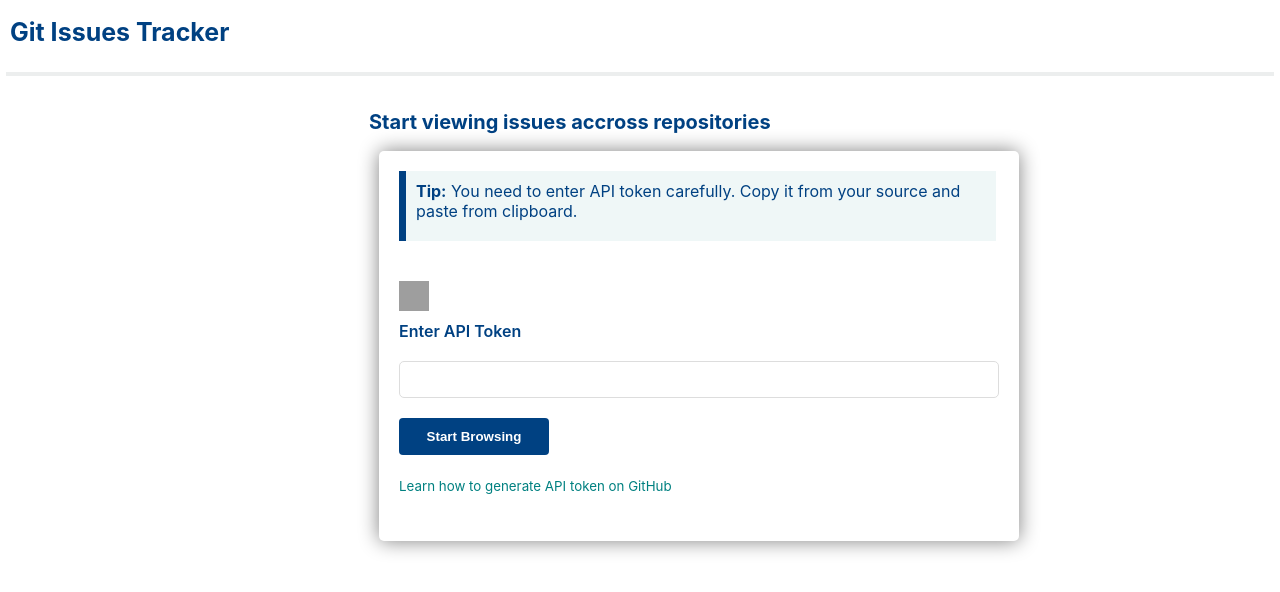
Repository: duzzisantos/github-repos-react-graphql
Page: /
The author's editor kept a copy of each file at every save. The page is drawn from the files as they stood at one save, then again after the next save.
The browser window is 1280 px wide. The pictures show the whole page.
Pictures or frames that could not be fetched are drawn as grey boxes. The project was rebuilt for these pictures with package versions that can differ from the ones it lists, and the page was loaded fresh each time. Also part of the build but not shown: src/components/table/tables.scss, src/components/table/Filters.tsx, src/components/table/Pagination.tsx, src/components/table/TableComponent.tsx, src/components/table/columnHelpers.ts, src/utilities/funtions.ts, src/pages/Repositories.tsx, src/pages/ViewRepository.tsx.

Above is the page before, as saved 2024-06-17 21:08:07.

After the next save:
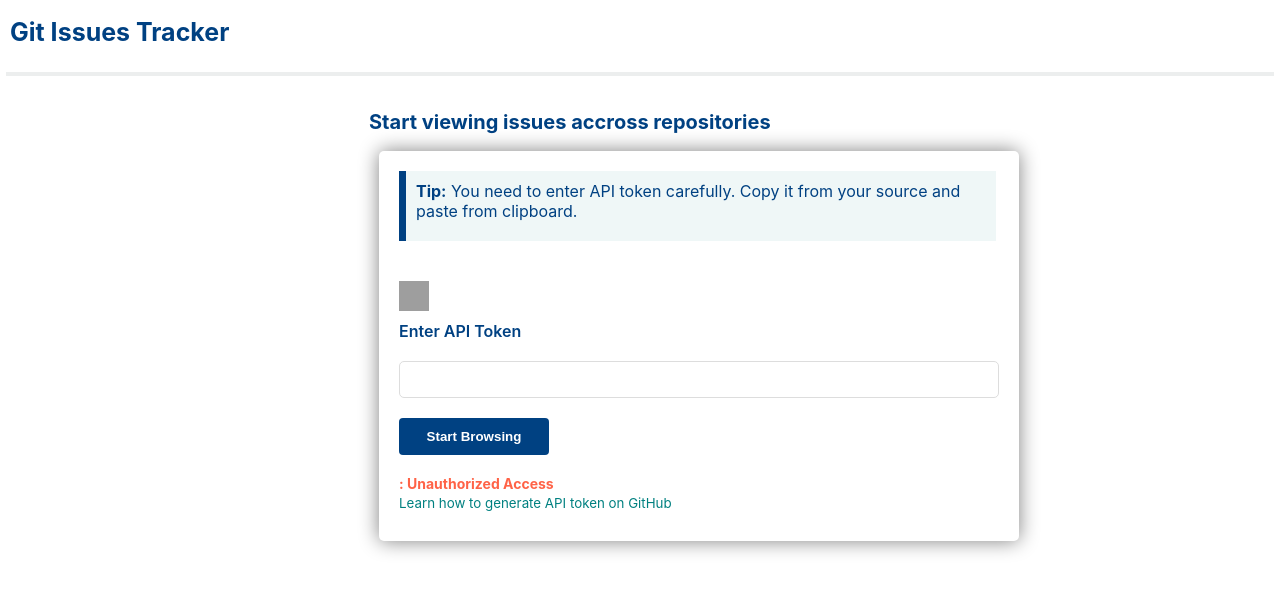
Saved 37 s later.
--- a/src/components/Form.tsx
+++ b/src/components/Form.tsx
@@ -71,7 +71,7 @@ const Form = () => {
           <strong>{loading ? "Redirecting...." : data && "Success"}</strong>
         </div>
         <div className="banner-danger">
-          <strong>{error && error.message}</strong>
+          <strong>{error && error.message}: Unauthorized Access</strong>
         </div>
       </div>
       <small className="form-text" id="info">
